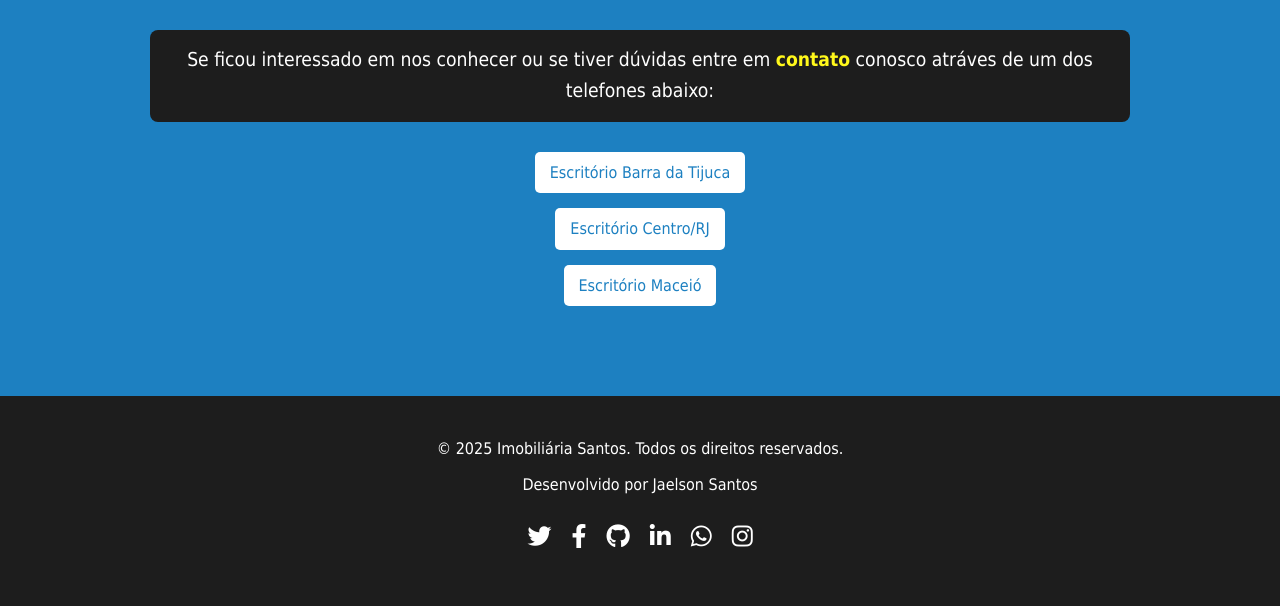
Repository: JaelsonS/ImobiliariaSantos
Page: index.html
The author's editor kept a copy of each file at every save. The page is drawn from the files as they stood at one save, then again after a run of saves.
The browser window is 1280 px wide. The pictures show the part of the page from y = 3152 to 3758 px (the page is 3758 px tall).

Above is the page before, as saved 2025-03-31 06:12:58.

After the next 8 saves:
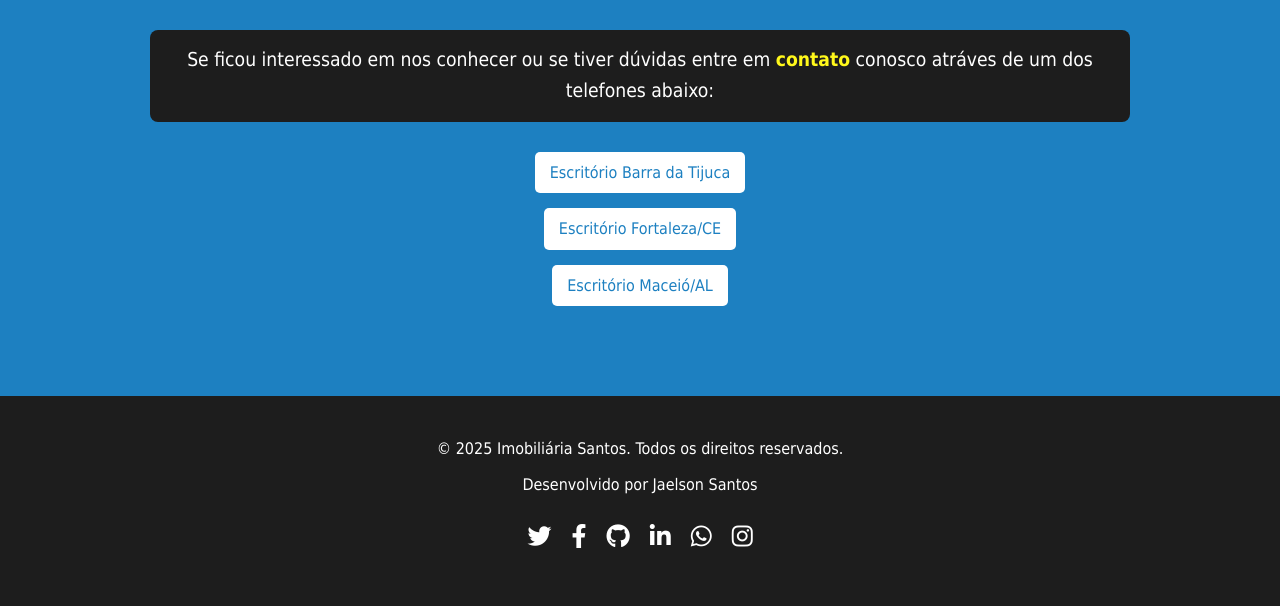
The 8 saves are shown as one change because they came seconds apart.
The last was saved 22 s later.
--- a/index.html
+++ b/index.html
@@ -68,10 +68,10 @@
                     <a class="link-contato" href="mailto:officebarra@email.com">Escritório Barra da Tijuca</a>
                 </li>
                 <li class="item-contato">
-                    <a class="link-contato" href="mailto:officecentro@email.com">Escritório Centro/RJ</a>
+                    <a class="link-contato" href="mailto:officecentro@email.com">Escritório Fortaleza/CE</a>
                 </li>
                 <li class="item-contato">
-                    <a class="link-contato" href="mailto:officemeier@email.com">Escritório Maceió</a>
+                    <a class="link-contato" href="mailto:officemeier@email.com">Escritório Maceió/AL</a>
                 </li>
             </ul>
         </section>
